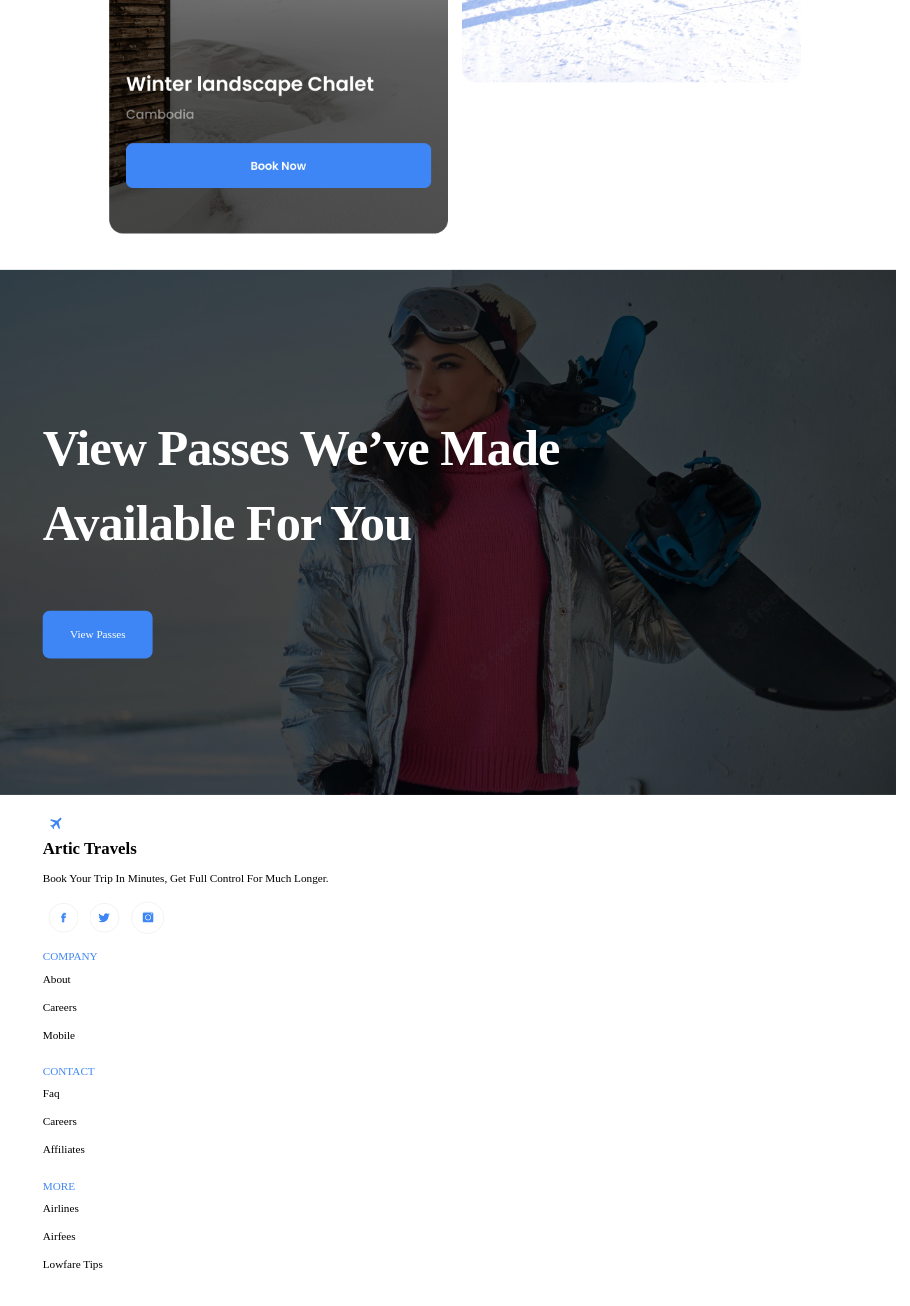
Repository: swissjake/arctic-travel-agency
Page: /
The author's editor kept a copy of each file at every save. The page is drawn from the files as they stood at one save, then again after the next save.
The browser window is 1280 px wide. The page is 1300 px wide, so the pictures cover 1300 px, including what lies to the right of the window. The pictures show the part of the page from y = 4142 to 6022 px (the page is 6008 px tall before and 6022 px after), at 70% of full size.
The project was rebuilt for these pictures with package versions that can differ from the ones it lists, and the page was loaded fresh each time. Also part of the build but not shown: src/App.css.

Above is the page before, as saved 2022-05-04 12:55:24.

### public/index.html
<!DOCTYPE html>
<html lang="en">
  <head>
    <meta charset="utf-8" />
    <link rel="icon" href="%PUBLIC_URL%/favicon.ico" />
    <meta name="viewport" content="width=device-width, initial-scale=1" />
    <meta name="theme-color" content="#000000" />
    <meta
      name="description"
      content="Web site created using create-react-app"
    />

    <title>Arctic Travel Agency</title>
  </head>
  <body>
    <noscript>You need to enable JavaScript to run this app.</noscript>
    <div id="root"></div>
    <!--
      This HTML file is a template.
      If you open it directly in the browser, you will see an empty page.

      You can add webfonts, meta tags, or analytics to this file.
      The build step will place the bundled scripts into the <body> tag.

      To begin the development, run `npm start` or `yarn start`.
      To create a production bundle, use `npm run build` or `yarn build`.
    -->
  </body>
</html>

### src/index.css
@tailwind base;
@tailwind components;
@tailwind utilities;

@import url('https://fonts.googleapis.com/css2?family=Poppins:wght@300;400;500;700&display=swap');


body{
    font-family: 'poppins';
}

@layer components {
    .container {
        @apply max-w-[1440px] mx-auto
    }
    .btn{
        @apply mt-[68px] bg-[#3E86F5] py-[22px] px-[39px] rounded-[10px] text-[16px] text-white
    }
    .booktrip{
        @apply font-medium text-[18px]
    }

}

.bookshadow{
    box-shadow: 0px 134px 193px rgba(183, 183, 183, 0.07), 0px 16.7789px 24.1666px rgba(183, 183, 183, 0.035);
}
/* .container {
    max-width: 1440px;
    margin: 0 auto;
} */

### src/pages/LandingPage.tsx
import Footer from "../components/Footer/Footer"
import Hero from "../components/Hero/Hero"
import HeroIcons from "../components/HeroIcons/HeroIcons"
import IceCold from "../components/IceCold/IceCold"
import Nav from "../components/Nav/Nav"
import Passes from "../components/Passes/Passes"
import Region from "../components/Region/Region"
import Resort from "../components/Resort/Resort"
import heroImage from '../assets/heroImage.jpeg'


const LandingPage = () => {
  return (
    <>
  <div>
  <div className="h-[780px]  w-full bg-no-repeat bg-center bg-cover" style={{backgroundImage:`linear-gradient(180deg, rgba(0, 0, 0, 0.65) 0%, rgba(0, 0, 0, 0.580838) 32.24%, rgba(0, 0, 0, 0.486293) 62.09%, rgba(0, 0, 0, 0) 98.06%), url(${heroImage})`}}>
     <Nav />
     <Hero />

  </div>

    <HeroIcons />
    <IceCold />
  </div>
  <Region />
  <Resort/>
  <Passes />

     {/*  style={{backgroundImage:`linear-gradient(180deg, rgba(0, 0, 0, 0.65) 0%, rgba(0, 0, 0, 0.580838) 32.24%, rgba(0, 0, 0, 0.486293) 62.09%, rgba(0, 0, 0, 0) 98.06%), url(${heroImage})`}} */}

     <Footer/>
    </>
  )
}

export default LandingPage

### src/components/Footer/Footer.tsx
import React from 'react'
import aeroplane from "../../assets/aeroplane.svg"
import facebook from "../../assets/facebook.svg"
import instagram from "../../assets/instagram.svg"
import twitter from "../../assets/twitter.svg"


const social=[facebook,twitter,instagram]
const company=["about","careers","mobile"]
const contact=["faq","careers","affiliates"]
const more=["airlines","airfees","lowfare tips"]





const Footer = () => {
  return (
      <footer className=''>
         <div className="container p-[20px] md:pl-[61px] md:pr-[57px]">
            <div className="">

<div className="mb-5">
  <img src={aeroplane} alt="aeroplane" />
  <p className="capitalize text-2xl font-bold">artic travels</p>
  <p className="capitalize mt-[16px] mb-[]">Book your trip in minutes, get full
control for much longer.</p>
<div className="flex mt-5">

  {social.map((item,index)=> (<img src={item} className="mx-2 " alt="icons" />))}
</div>
</div>

<div className='mb-5'>
  <h2 className="text-[#3E86F5] uppercase">company</h2>
  <ul>
    {company.map((item,index)=>(
      <li className="capitalize leading-10">{item}</li>
    ))}
  </ul>
</div>

<div className='mb-5'>
  <h2 className="text-[#3E86F5] uppercase">contact</h2>
  <ul>
    {contact.map((item,index)=>(
      <li className="capitalize leading-10">{item}</li>
    ))}
  </ul>
</div>

<div className='mb-5'>
  <h2 className="text-[#3E86F5] uppercase">more</h2>
  <ul>
    {more.map((item,index)=>(
      <li className="capitalize leading-10">{item}</li>
    ))}
  </ul>
</div>


              </div>
         </div>
      </footer>

  )
}

export default Footer

### src/components/Hero/Hero.tsx

const Hero = () => {
  return (
    <section >
         <div className="container md:pl-[61px] p-[20px] md:pr-[57px]">
           {/* <img src={heroImage} alt="" /> */}
           <div className="pt-[160px] text-center md:text-left md:pt-[200px] text-white ">
           <h1 className="md:w-[46.6rem] md:whitespace-nowrap text-[32px] md:text-[56px] capitalize font-bold tracking-{-0.03em}">Plan the perfect winter trip</h1>
           <p className="md:w-[33rem] text-[14px] md:text-[22px] font-normal tracking-[-0.01em] mt-[20px]">Easily plan your ideal ski trip from home with the help of professionals</p>
           <button className="btn">Book Now</button>
           </div>
        </div>
    </section>

  )
}

export default Hero

//background: linear-gradient(180deg, rgba(0, 0, 0, 0.65) 0%, rgba(0, 0, 0, 0.580838) 32.24%, rgba(0, 0, 0, 0.486293) 62.09%, rgba(0, 0, 0, 0) 98.06%);

### src/components/HeroIcons/HeroIcons.tsx
import React from 'react'
import nike from '../../assets/nike.svg'
import applepay from '../../assets/applepay.svg'
import silverstar from '../../assets/silverstar.svg'
import intra from '../../assets/intra.svg'
import mastercard from '../../assets/mastercard.svg'
import BookTrip from '../BookTrip/BookTrip'



const HeroIcons = () => {

  return (
    <section className='bg-[#F8F9FC]'>
         <BookTrip />
        <div className='container md:h-[243px]'>
            <div className='flex flex-wrap md:flex-nowrap items-center justify-center px-3 pb-[45px]  md:px-[222px] pt-[200px] md:pt-[149px] space-y-6 md:space-y-0'>
                    <div className='md:mr-[120px] mr-[40px]'>
                        <img className='w-[96px] h-[50px]' src={nike} alt="nike" />
                    </div>
                    <div className='md:mr-[126px] mr-[40px]'>
                        <img className='w-[96px] h-[56px]' src={applepay} alt="applepay" />
                    </div>
                    <div className='md:mr-[128px] mr-[40px]'>
                        <img className='w-[126px] h-[57px]' src={silverstar} alt="silver" />
                    </div>
                    <div className='md:mr-[130px] mr-[40px]'>
                        <img className='w-[108px] h-[46px]' src={intra} alt="intra" />
                    </div>
                    <div className=''>
                        <img className='w-[64px] h-[64px]' src={mastercard} alt="mastercard" />
                    </div>
            </div>

        </div>
    </section>
    )
}

export default HeroIcons

### src/components/IceCold/IceCold.tsx
import React from 'react'
import map from '../../assets/map.svg'
import arrow from '../../assets/Arrow.svg'

const IceCold = () => {
  return (
      <section className='bg-[#F8F9FC]'>
         <div className='container h-[693px] p-[20px] pt-[179px] md:pl-[40px]'>
             <div className='h-[492px] relative  bg-[rgba(62, 134, 245, .2)]' style={{backgroundImage:`url(${map})`}}>
                <h1 className='w-full md:w-[791px] leading-[54px] tracking-[-0.02em] text-[black] font-semibold left-[50%] translate-x-[-50%] absolute top-[-60px] h-[108px] text-[30px] md:text-[40px] text-center'>Creating the best <span className='text-[#3E86F5]'>ice-cold!</span> experience you would never forget.</h1>

                 <p className='w-full md:w-[697px] md:h-[72px] absolute left-[50%] translate-x-[-50%] text-[rgba(0, 0, 0, 0.5)] text-[18px] md:text-[24px] mt-[120px] md:mt-[60px] text-center leading-[36px] font-normal'>Would you explore nature paradise in the world, find the best destination in the world with us.</p>
                <div className=''>
                    <h1 className='w-full md:w-[454px] md:h-[50px] md:whitespace-nowrap absolute mb-[75px] md:mb-[150px] bottom-0 left-[50%] translate-x-[-50%] font-semibold text-[#000000] text-[40px] text-center leading-[60px] tracking-[-0.02em]'>View Regions available</h1>
                    <img className='absolute bottom-0 left-[50%] translate-x-[-50%] mb-[36px] md:mb-[73px]' src={arrow} alt="/" />
                </div>
             </div>

        </div>
      </section>

  )
}

export default IceCold

### src/components/Nav/Nav.tsx
import React, {useState} from 'react'
import aeroplane from "../../assets/aeroplane.svg";
import {AiOutlineClose, AiOutlineMenu} from 'react-icons/ai'

const Nav = () => {
  const [close, setClose]=useState(true)


  const navitems:string[] = ["About us", "Support", "Language"];
  return (
    <section className=''>
<div className='container  top-0 flex md:pl-[61px] justify-between p-[20px] md:pr-[57px]'>
  <div className="flex items-center">
  <img src={aeroplane} className="mr-[10px]" alt="aeroplane" />
  <h2 className='capitalize font-bold text-white mr-[56px]'>artic travels</h2>
 <ul className="inline hidden md:block">
   {navitems.map((item:string, index) => <li key={index} className="inline capitalize text-white mr-[40px]"><button>{item}</button></li>)}
 </ul>
  </div>

  <button className='hidden md:block text-[#3E86F5] h-[48px] rounded-[10px] w-[151px] bg-white'>
  Sign in
</button>
<button className='md:hidden block' onClick={()=>setClose(!close)}>
<AiOutlineMenu size={20} className='text-white'/>
</button>
</div>
<div style={{width:close?"0%":"100%",transition:"all .5s"}} className="fixed md:hidden block overflow-hidden  flex h-[100%] top-0 bg-black z-50">
<ul className="inline m-auto">
   {navitems.map((item:string) => <li className="leading-10 text-white"><button onClick={()=>setClose(true)} className="capitalize">{item}</button></li>)}
 </ul>
 <button className='hidden text-[#3E86F5] h-[48px] rounded-[10px] w-[151px] bg-white'>
  Sign in
</button>


<button onClick={()=>setClose(!close)} className="absolute top-[5%] right-[5%] border-white border-[4px] font-bold p-1 rounded-full"><AiOutlineClose size={20} className='fill-white'/></button>

</div>

    </section>
  )
}

export default Nav

// npm install @mui/icons-material

### src/components/Passes/Passes.tsx
import React from 'react'
import passes from '../../assets/passesimg.jpg'

const Passes = () => {
  return (
      <section className='bg-center bg-cover bg-no-repeat' style={{backgroundImage: `linear-gradient(0deg, rgba(0, 0, 0, 0.7), rgba(0, 0, 0, 0.7)),url(${passes})`, backgroundPosition:"center 25%"}}>
            <div className='container h-[500px] md:h-[750px] md:pl-[61px]  md:pr-[57px]  text-white' >
                <div className=' text-center md:text-left'>
                <h1 className='md:w-[1017px] pt-[120px] md:pt-[200px] font-semibold text-[36px] md:text-[72px] leading-[54px] md:leading-[108px] tracking-[-0.02em]'>View Passes We’ve Made Available For You</h1>
                <button className='btn mt-[40px] md:mt-[71px]'>View Passes</button>
                </div>
            </div>
      </section>

  )
}

export default Passes

### src/components/Region/Region.tsx
import React from 'react'
import region1 from '../../assets/region1.png'
import region2 from '../../assets/region2.png'
import region3 from '../../assets/region3.png'


const Region = () => {
  return (
      <section>
             <div className=''>
                 <div className='flex '>
             <div className='flex-1'>
             <img className="w-full" src={region1} alt="/"/>
             </div>

               <div className="flex-1">
               <img className="w-full" src={region2} alt="/" />

               </div>

             <div className="flex-1">
                <img className='w-full'  src={region3} alt="/" />
            </div>



            </div>
            </div>
      </section>

  )
}

export default Region

### src/components/Resort/Resort.tsx
import React from 'react'
import picture1 from "../../assets/picture1.png"
import picture2 from "../../assets/picture2.png"
import picture3 from "../../assets/picture3.png"
import picture4 from "../../assets/picture4.png"
const Resort = () => {
  return (
 <section>
   <div className="container p-[20px] pt-[179px] md:pl-[40px]">
<div className="md:flex gap-5 justify-between">

  <div className="flex-1">
  <p className="text-[3rem] md:w-[80%] w-full mb-[4.5rem] font-[600] tracking-[-0.02em]">The best resorts to chill and relax</p>
  <div className="w-full flex justify-end flex-wrap">
  <img src={picture1} className="mb-[32px]" alt="" />
<img src={picture2} className="mb-[32px]" alt="" />
  </div>

  </div>

<div className="flex-1">
<img src={picture3} className="mb-5 mb-[32px]" alt="" />
<img src={picture4} alt="" />
</div>

  </div>
   </div>
 </section>
  )
}

export default Resort

### src/components/BookTrip/BookTrip.tsx
import React from 'react'
import location from '../../assets/location.svg'
import aero from '../../assets/aero.svg'
import user from '../../assets/user.svg'
import dropdown from '../../assets/dropdown.svg'
import checkin from '../../assets/checkin.svg'

const BookTrip = () => {
  return (
      <section>
            <div className='container p-2 md:p-0 md:relative'>

                <div className='bookshadow md:w-[1320px] md:absolute bg-white rounded-[16px] md:z-40 md:h-[140px] md:mt-[-75px] md:left-[50%] md:translate-x-[-50%] md:space-x-[120px] md:flex-row flex flex-col p-7  items-center justify-center'>
                    <div className='mb-4 md:mb-0'>
                        <div className='flex'>
                            <img className="mr-[20px]" src={location} alt="/" />
                            <p className='font-medium text-[#929191] text-[16px] tracking-[0.08em] leading-[24px] uppercase'>location</p>
                        </div>
                        <div className='flex'>
                            <p className="booktrip">Iceland</p>
                            <img className="ml-[8px]" src={dropdown} alt="/" />
                        </div>
                    </div>

                    <div className='mb-4 md:mb-0'>
                        <div className='flex'>
                            <img className="mr-[20px]" src={user} alt="/" />
                         <p className='font-medium text-[#929191] text-[16px] tracking-[0.08em] leading-[24px] uppercase'>Persons</p>
                    </div>
                    <div className='flex'>
                        <p className="booktrip">4 Persons</p>
                        <img className="ml-[8px]" src={dropdown} alt="/" />
                    </div>
                </div>

                <div className='mb-4 md:mb-0'>
                    <div className='flex'>
                        <img className="mr-[20px]" src={checkin} alt="/" />
                         <p className='font-medium text-[#929191] text-[16px] tracking-[0.08em] leading-[24px] uppercase'>check in</p>
                    </div>
                    <div className='flex'>
                        <p className="booktrip">12 January 2022</p>
                        <img className="ml-[8px]" src={dropdown} alt="/" />
                    </div>
                </div>

                <div className=''>
                    <div className='flex'>
                        <img className="mr-[20px]" src={checkin} alt="/" />
                         <p className='font-medium text-[#929191] text-[16px] tracking-[0.08em] leading-[24px] uppercase'>checkout</p>
                    </div>
                    <div className='flex'>
                        <p className="booktrip">18 January 2022</p>
                        <img className="ml-[8px]" src={dropdown} alt="/" />
                    </div>
                </div>
                <button className='btn flex md:my-[38px]'>Book Trip <img className='ml-[12px]' src={aero} alt="/" /> </button>
                </div>
            </div>
    </section>


  )
}

export default BookTrip

Loaded but not shown: src/index.tsx (common file); src/App.tsx (common file); tailwind.config.js (common file)

After the next save:
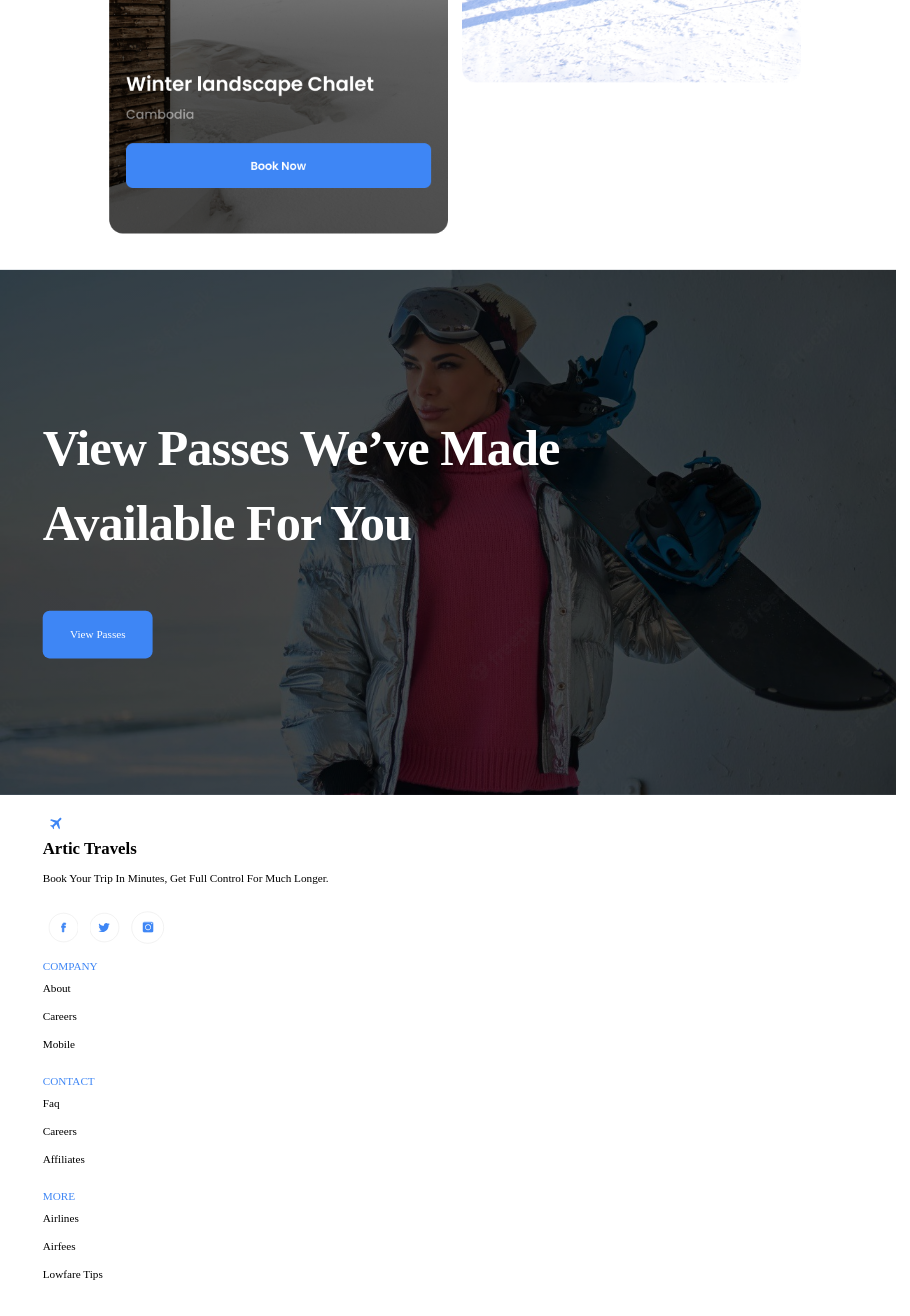
Saved 4 s later.
--- a/src/components/Footer/Footer.tsx
+++ b/src/components/Footer/Footer.tsx
@@ -23,7 +23,7 @@
 <div className="mb-5">
   <img src={aeroplane} alt="aeroplane" />
   <p className="capitalize text-2xl font-bold">artic travels</p>
-  <p className="capitalize mt-[16px] mb-[]">Book your trip in minutes, get full
+  <p className="capitalize mt-[16px] mb-[34px]">Book your trip in minutes, get full
 control for much longer.</p>
 <div className="flex mt-5">
 

After the save that followed:
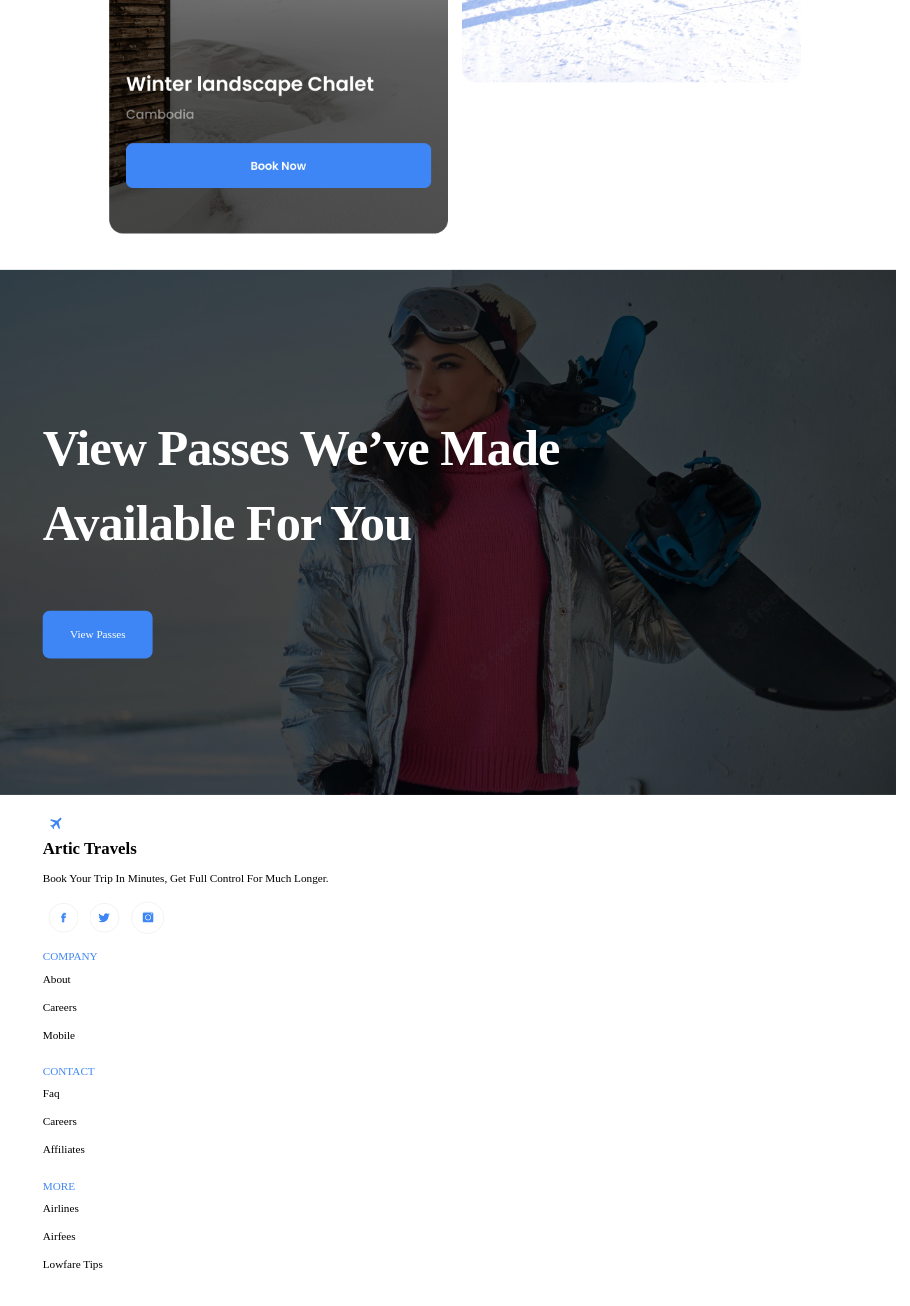
Saved 22 s later.
--- a/src/components/Footer/Footer.tsx
+++ b/src/components/Footer/Footer.tsx
@@ -23,7 +23,7 @@
 <div className="mb-5">
   <img src={aeroplane} alt="aeroplane" />
   <p className="capitalize text-2xl font-bold">artic travels</p>
-  <p className="capitalize mt-[16px] mb-[34px]">Book your trip in minutes, get full
+  <p className="capitalize mt-[16px] mb-[]">Book your trip in minutes, get full
 control for much longer.</p>
 <div className="flex mt-5">
 
